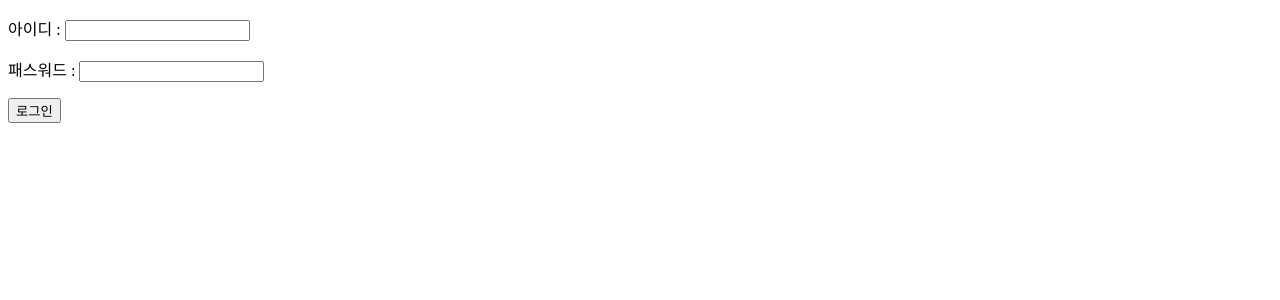
Repository: matodale/StudyJSP
Page: http://localhost/StudyJSP/ch12/cookieLoginForm.jsp
These files come from the project's save history. The page is drawn as it stood at one moment and after the next save; the edit follows.
The browser window is 1280 px wide. The pictures show the whole page.
The page is served by Tomcat 9.

Above is the page before, as saved 2022-12-23 10:51:07.

After the next save:
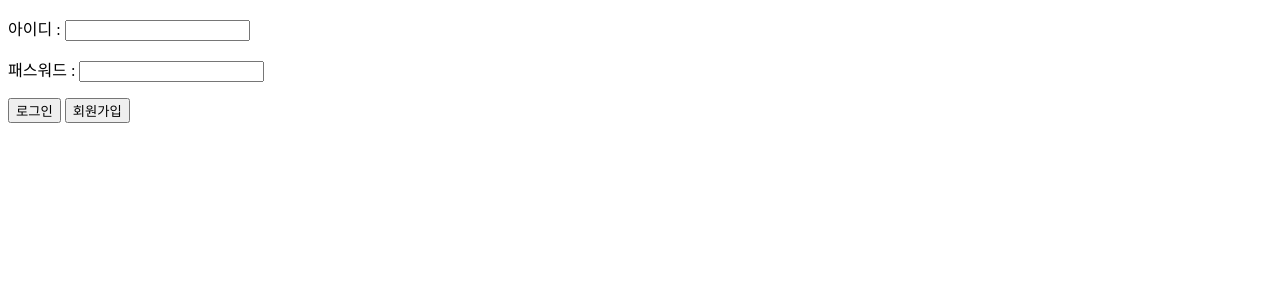
Saved 68 s later.
--- a/StudyJSP/src/main/webapp/ch12/cookieLoginForm.jsp
+++ b/StudyJSP/src/main/webapp/ch12/cookieLoginForm.jsp
@@ -11,7 +11,7 @@
 		<p>아이디 : <input type="text" name="id" maxlength="50"></p>
 		<p>패스워드 : <input type="password" name="passwd" maxlength="16"></p>
 		<input type="submit" value="로그인">
-
+		<input type="button" value="회원가입" onclick="location.href='insertMemberForm.jsp'">
 	</form>
 </body>
 </html>
